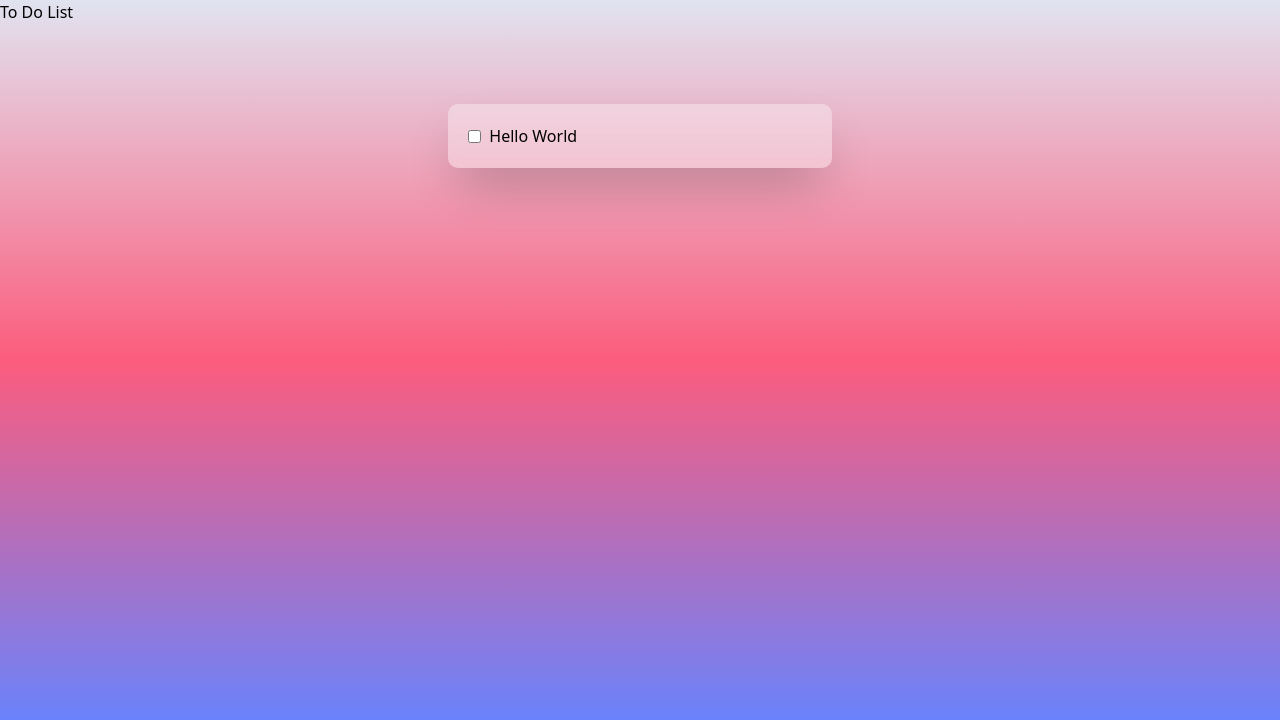
Repository: latenightsnacc/Checked
Page: /
An editor plug-in stored every save of this project. The page is shown before and after the next save, followed by the edit.
The browser window is 1280 px wide. The pictures show the whole page.
The project was rebuilt for these pictures with package versions that can differ from the ones it lists, and the page was loaded fresh each time. Also part of the build but not shown: craco.config.js.

Above is the page before, as saved 2020-12-19 13:01:46.

After the next save:
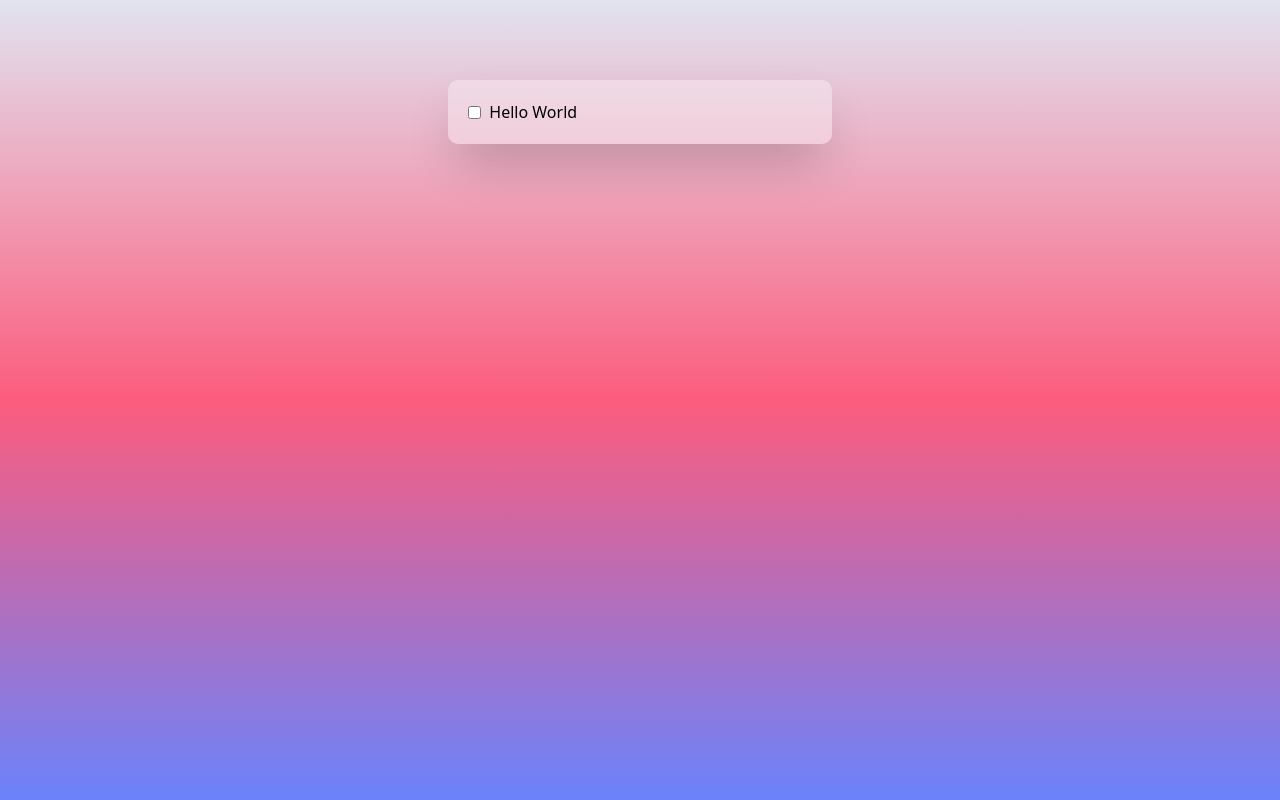
Saved 24 s later.
--- a/src/App.js
+++ b/src/App.js
@@ -4,7 +4,7 @@ import ToDoTask from './components/ToDoTask'
 function App() {
   return (
     <div className="mx-auto">
-      <h1>To Do List</h1>
+
       <div className="container">
         <ToDoTask />
       </div>
